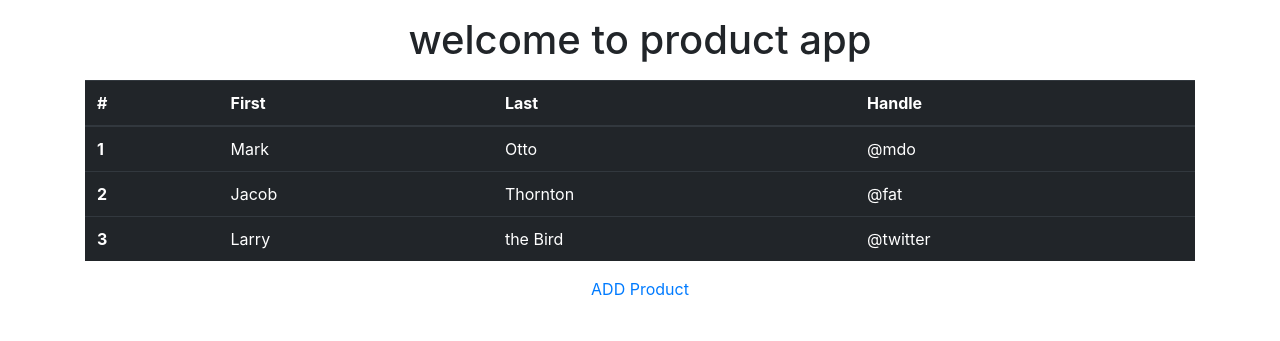
Repository: Renish-patel/Practices
Page: http://localhost/productcrudapp/WEB-INF/views/index.jsp
These files come from the project's save history. The page is drawn as it stood at one moment and after the next save; the edit follows.
The browser window is 1280 px wide. The pictures show the whole page.
Some web libraries are served in a nearby version. The page is served by Tomcat 9. Nobody is signed in. The template is opened directly, without the code that normally fills it, so the values that code supplies are empty.

Above is the page before, as saved 2023-03-09 18:44:52.

After the next save:
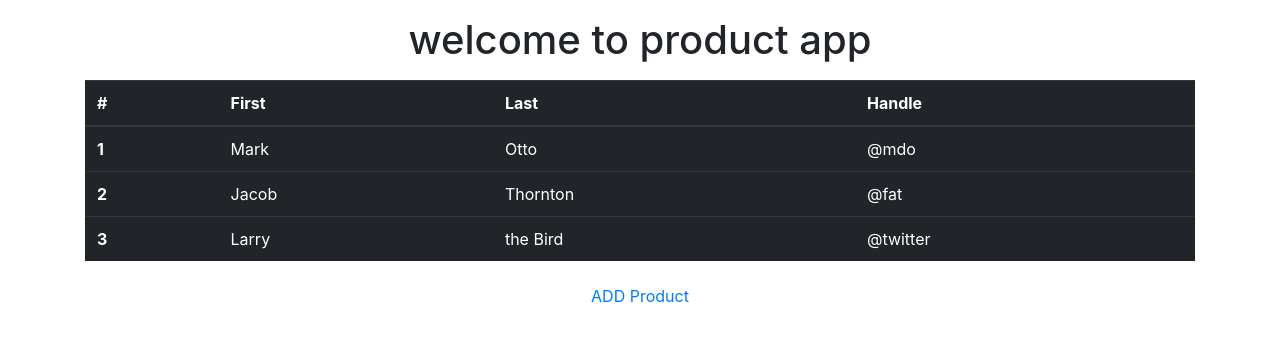
Saved 26 s later.
--- a/spring/productcrudapp/src/main/webapp/WEB-INF/views/index.jsp
+++ b/spring/productcrudapp/src/main/webapp/WEB-INF/views/index.jsp
@@ -41,7 +41,7 @@
 					</tbody>
 				</table>
 <div class="container text-center">
-<a href="add-product" class="btn-btn-outline-sucess">ADD Product</a>
+<a href="add-product" class="btn btn-outline-sucess">ADD Product</a>
 </div>
 
 
